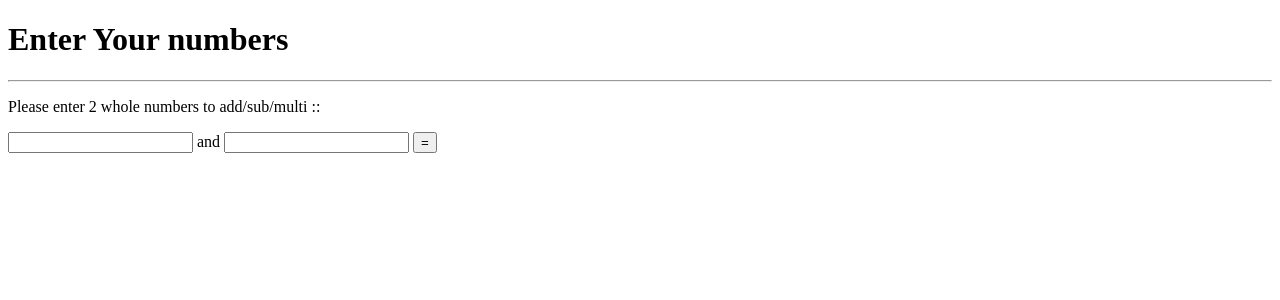
Repository: Mohammed7852/eclipse_Materials
Page: http://localhost/WebService/Intro.jsp
An editor plug-in stored every save of this project. The page is shown before and after the next save, followed by the edit.
The browser window is 1280 px wide. The pictures show the whole page.
The page is served by Tomcat 9.

Above is the page before, as saved 2016-03-26 15:27:50.

After the next save:
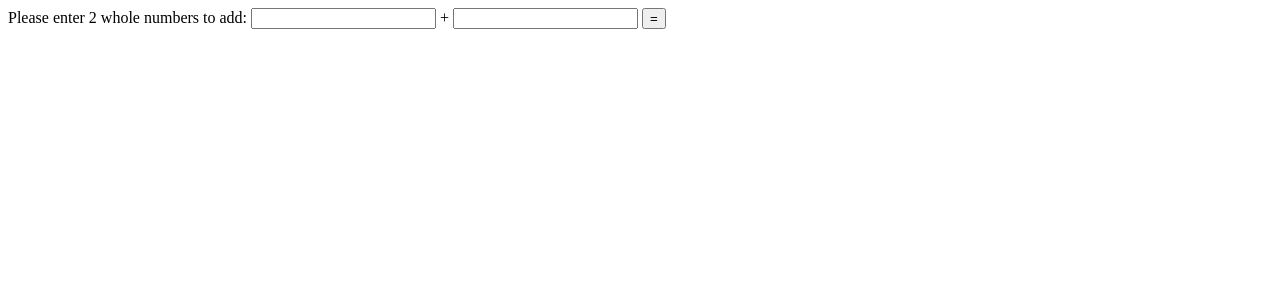
Saved 91 s later.
--- a/eclips/WebService/WebContent/Intro.jsp
+++ b/eclips/WebService/WebContent/Intro.jsp
@@ -1,23 +1,19 @@
 <%@ page language="java" contentType="text/html; charset=windows-1256"
-	pageEncoding="windows-1256"%>
+pageEncoding="windows-1256"%>
 <!DOCTYPE html PUBLIC "-//W3C//DTD HTML 4.01 Transitional//EN"
 "http://www.w3.org/TR/html4/loose.dtd">
-
-
 <html>
 <head>
 <meta http-equiv="Content-Type"
-	content="text/html; charset=windows-1256">
-<title>Simple Operations</title>
-<h1>Enter Your numbers</h1>
+content="text/html; charset=windows-1256">
+<title>Lab1</title>
 </head>
 <body>
-	<form action="result.jsp">
-	<hr />
-		 <p>Please enter 2 whole numbers to add/sub/multi  :: </p>
-		<input type="text" name="value1"> and <input type="text" name="value2">
-		<input type="submit"value="=">
- 	</form>
-
+<form action="result.jsp">
+Please enter 2 whole numbers to add: <input type="text"
+name="value1">
++ <input type="text" name="value2"> <input type="submit"
+value="=">
+</form>
 </body>
 </html>
